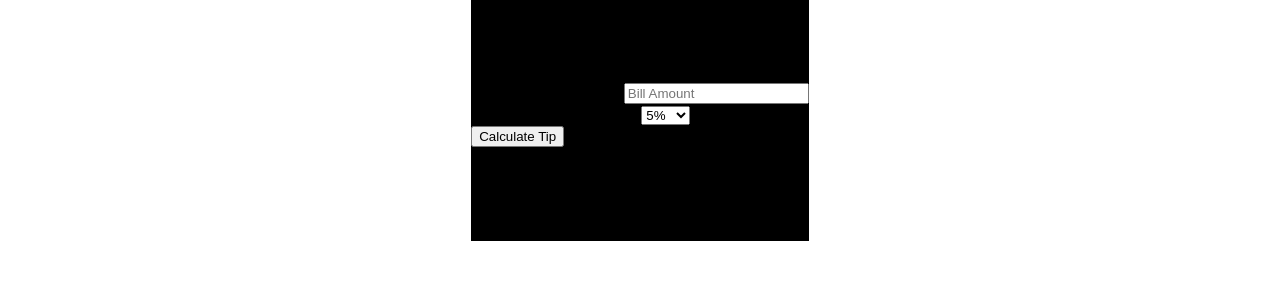
Repository: qtqqrdy13/tips-calculator
Page: index.html
An editor plug-in stored every save of this project. The page is shown before and after the next save, followed by the edit.
The browser window is 1280 px wide. The pictures show the whole page.

Above is the page before, as saved 2024-01-26 21:50:18.

### index.html
<!DOCTYPE html>
<html lang="en">
<head>
    <meta charset="UTF-8">
    <meta name="viewport" content="width=device-width, initial-scale=1.0">
    <title>Document</title>
    <link rel="stylesheet" href="style.css">
</head>
<body>
    <div class="calculator">
        <h1>Tips calculator</h1>
        <div class="bill-container">
            <label for="bill">Enter sum of your bill</label>
            <input type="number" name="" id="bill" placeholder="Bill Amount">
        </div>
        <div class="tip-container">
            <label for="tip">Select percentage of tip</label>
            <select id="tip">
                <option value="5">5%</option>
                <option value="10">10%</option>
                <option value="15">15%</option>
                <option value="20">20%</option>
                <option value="25">25%</option>

            </select>
        </div>
        <button onclick="calculateTip()">Calculate Tip</button>
        <div class="result-container">
            <h3>Tip Amount:</h3>
            <p id="tip-amount">$0.00</p>
        </div>
    </div>
    <script src="script.js"></script>
</body>
</html>

### style.css
body{
    margin: 0;
    padding: 0;
    font-family: 'Gill Sans', 'Gill Sans MT','Trebuchet MS', sans-serif;
    display: flex;
    justify-content: center;
    align-items: center;
}
.calculator{
    background-color: black;
}

Loaded but not shown: script.js (no copy from this time; the picture is the same without it)

After the next save:
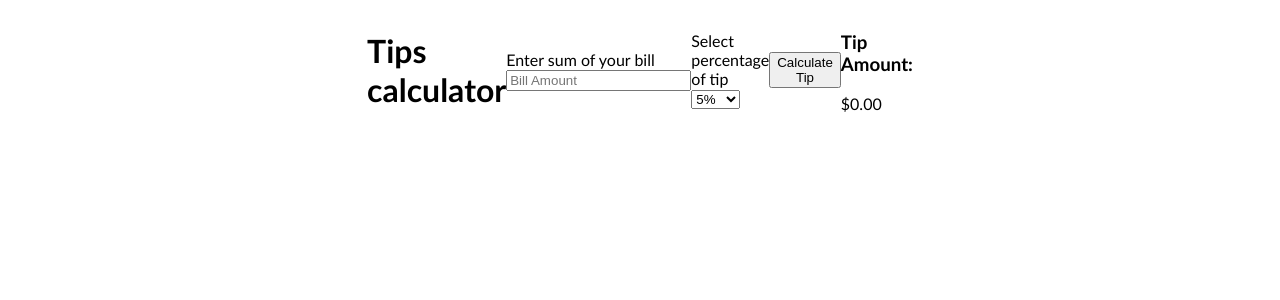
Saved 2 min 30 s later.
--- a/style.css
+++ b/style.css
@@ -7,5 +7,11 @@ body{
     align-items: center;
 }
 .calculator{
-    background-color: black;
+    width: 40%;
+    height: 40%;
+    display: flex;
+    justify-content: center;
+    align-items: center;
+    padding: 10px;
+    margin: auto;
 }
